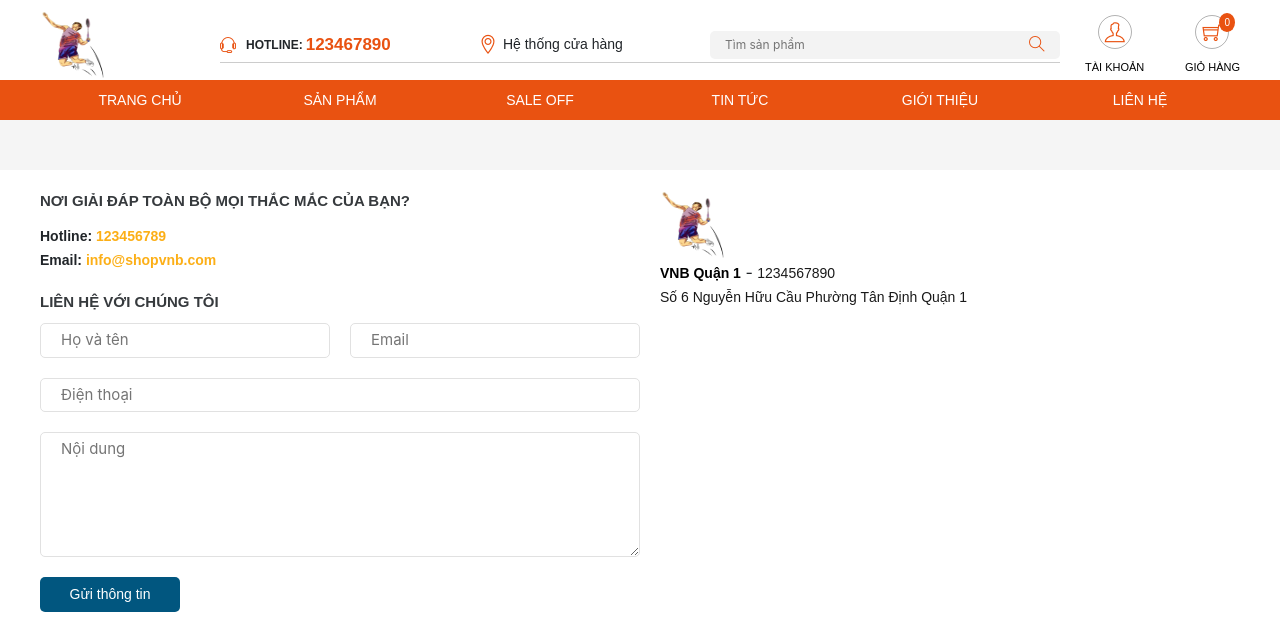
Repository: Namtran3107/CauLongSo1
Page: contact.html
These files come from the project's save history. The page is drawn as it stood at one moment and after the next save; the edit follows.
The browser window is 1280 px wide. The pictures show the part of the page from y = 0 to 632 px (the page is 1386 px tall).
Pictures or frames that could not be fetched are drawn as grey boxes.

Above is the page before, as saved 2022-12-11 13:48:21.

After the next save:
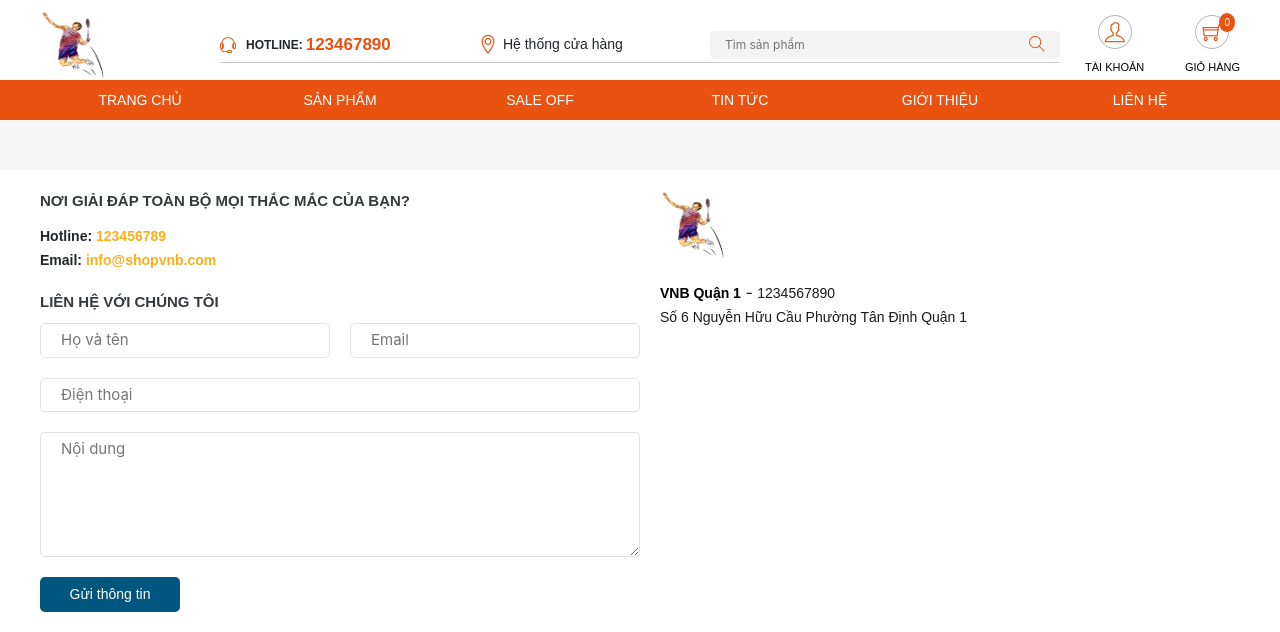
Saved 26 s later.
--- a/contact.css
+++ b/contact.css
@@ -87,3 +87,6 @@
 .contact-location-tiem{
     margin-left: 20px;
 }
+.contact-location-list{
+    margin-top: 20px;
+}
